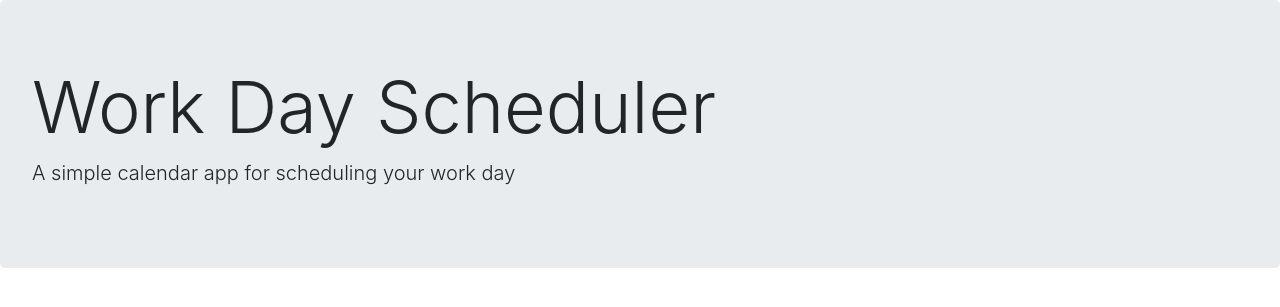
Repository: kkyler24/DayPlanner
Page: Index.html
The author's editor kept a copy of each file at every save. The page is drawn from the files as they stood at one save, then again after the next save.
The browser window is 1280 px wide. The pictures show the whole page.
Some web libraries are served in a nearby version.

Above is the page before, as saved 2020-04-02 13:14:53.

### Index.html
<!DOCTYPE html>
<html lang="en">
<head>
    <meta charset="UTF-8">
    <meta name="viewport" content="width=device-width, initial-scale=1.0">
    <!-- Style Sheets -->
    <link rel="stylesheet" href="https://maxcdn.bootstrapcdn.com/bootstrap/4.0.0/css/bootstrap.min.css" integrity="sha384-Gn5384xqQ1aoWXA+058RXPxPg6fy4IWvTNh0E263XmFcJlSAwiGgFAW/dAiS6JXm" crossorigin="anonymous">
    <link rel="stylesheet" type="text/CSS" href="Assets/todocss/todostyles.css">
    <link rel="stylesheet"  type="text/CSS" href="style.css">
    <title>Planner</title>
</head>
<body>
<Main>
    <!-- <----Scheduler -->
    <header class="jumbotron">
        <h1 class="display-3">Work Day Scheduler</h1>
        <p class="lead">A simple calendar app for scheduling your work day</p>
        <p id="currentDay" class="lead"></p>
    </header>
      <div class="container">
        <!-- Timeblocks go here -->
      </div>



<!--Todolist todo list Set up -->
<Div style="display: none">
<Section>
    <div id="ContainerTodo">
        <H1>Today's To-Do List</H1>
        <input type="text">
        <ul>
            <li><span>X</span> Go to Gym</li>
            <li><span>X</span> Finish H.W</li>
            <li><span>X</span> Take over the World</li>
        </ul>


         </div>
 <!-- calendar set up -->
    <div class="container col-sm-4 col-md-7 col-lg-4 mt-5">
        <div class="card">
            <h3 class="card-header" id="monthAndYear"></h3>
            <table class="table table-bordered table-responsive-md" id="calendar">
                <thead>
                <tr>
                    <th>Sun</th>
                    <th>Mon</th>
                    <th>Tue</th>
                    <th>Wed</th>
                    <th>Thu</th>
                    <th>Fri</th>
                    <th>Sat</th>
                </tr>
                </thead>

                <tbody id="calendar-body">

                </tbody>
            </table>

            <div class="form-inline">

                <button class="btn btn-outline-primary col-sm-6" id="previous" onclick="previous()">Previous</button>

                <button class="btn btn-outline-primary col-sm-6" id="next" onclick="next()">Next</button>
            </div>
            <br/>
            <form class="form-inline">
                <label class="lead mr-2 ml-2" for="month">Jump To: </label>
                <select class="form-control col-sm-4" name="month" id="month" onchange="jump()">
                    <option value=0>Jan</option>
                    <option value=1>Feb</option>
                    <option value=2>Mar</option>
                    <option value=3>Apr</option>
                    <option value=4>May</option>
                    <option value=5>Jun</option>
                    <option value=6>Jul</option>
                    <option value=7>Aug</option>
                    <option value=8>Sep</option>
                    <option value=9>Oct</option>
                    <option value=10>Nov</option>
                    <option value=11>Dec</option>
                </select>


                <label for="year"></label><select class="form-control col-sm-4" name="year" id="year" onchange="jump()">

                <option value=2020>2020</option>
                <option value=2021>2021</option>
                <option value=2022>2022</option>
                <option value=2023>2023</option>
                <option value=2024>2024</option>
                <option value=2025>2025</option>
                <option value=2026>2026</option>
                <option value=2027>2027</option>
                <option value=2028>2028</option>
                <option value=2029>2029</option>
                <option value=2030>2030</option>
                <option value=2030>2030</option>
                <option value=2030>2030</option>
                <option value=2030>2030</option>
                <option value=2030>2030</option>
            </select></form>
        </div>
    </div>
    <!--<button name="jump" onclick="jump()">Go</button>-->
</sectiontwo>

</Main>

<script src="https://code.jquery.com/jquery-3.2.1.slim.min.js" integrity="sha384-KJ3o2DKtIkvYIK3UENzmM7KCkRr/rE9/Qpg6aAZGJwFDMVNA/GpGFF93hXpG5KkN" crossorigin="anonymous"></script>
<script src="https://cdnjs.cloudflare.com/ajax/libs/popper.js/1.12.9/umd/popper.min.js" integrity="sha384-ApNbgh9B+Y1QKtv3Rn7W3mgPxhU9K/ScQsAP7hUibX39j7fakFPskvXusvfa0b4Q" crossorigin="anonymous"></script>
<script src="https://maxcdn.bootstrapcdn.com/bootstrap/4.0.0/js/bootstrap.min.js" integrity="sha384-JZR6Spejh4U02d8jOt6vLEHfe/JQGiRRSQQxSfFWpi1MquVdAyjUar5+76PVCmYl" crossorigin="anonymous"></script>
<script <script src="https://cdnjs.cloudflare.com/ajax/libs/moment.js/2.24.0/moment.min.js"></script>
<script type="text/javascript" src="javascript.js"></script>
<script type="text/javascript" src="Assets/todo JS/todo.js"></script>
</body>
</html>

### Assets/todocss/todostyles.css
/* #ContainerTodo{
  border: 2px solid teal ;
  border-radius:10px ;
  width: 400px;
  margin-top:3rem;
  margin-left:200px ;
  float: left;

} */


Planner

.past{
  background-color: grey;
}
.present {
  background-color: red;
}
.future {
  background-color: green;
}
.column-small {
  flex-grow: 1;
  display: inline-block;
  text-align: center;
  height: 25px;
  width: 25px;
  border-top: 1px solid black;
  border-radius: 2.5px;
}
.column-large {
  flex-grow: 10;
  display: inline-block;
  text-align: center;
}
.left {
  border-right: 1px solid black;
  background-color: maroon;
  color: white;
  background-image: linear-gradient(to right, white, maroon);
}
.right {
  border-left: 1px solid black;
  cursor: pointer;
}
.middle {
  border-bottom: 1px solid black;
  background-color: beige;
}
#date {
  margin: auto;
  text-align: center;
  height: 50px;
  width: 50%;
  font-weight: bold;
  font-size: 1.3em;
}
form {
  display: flex;
}

### style.css
/* .container{
    margin-right: 150px;
    margin-top: 3rem;
    float: left;
    border: 2px solid teal;
    border-radius: 10px;
} */

### javascript.js
let today = new Date();
let currentMonth = today.getMonth();
let currentYear = today.getFullYear();
let selectYear = document.getElementById("year");
let selectMonth = document.getElementById("month");


let months = ["January", "February", "March", "April", "May", "June", "July", "August", "September", "October", "November", "December"];

let monthAndYear = document.getElementById("monthAndYear");
showCalendar(currentMonth, currentYear);

function showCalendar(month, year){

    let firstDay =(new Date(year, month)).getDay();
    let daysInMonth = 32- new Date(year, month, 32).getDate();

    // -->body of the Calendar<--
    let tbl = document.getElementById("calendar-body");


// -->clear previous cells, for new month<--
    tbl.innerHTML="";

    monthAndYear.innerHTML= months[months]+" "+ year;

    // --> create cells for Calendar<--
    let date = 1;
    for(let i = 0; i < 6; i++){
        let row  = document.createElement("tr");
        // --> creating table rows. not really sure about the 6 part. inquire why you need a 6 and not a 7-->

        // creating indivdual cells, and putting data in them.

        for(let j = 0; j < 7; j++){
            if(i===0 && j< firstDay){
                let cell = document.createElement("td");
                let cellText = document.createTextNode("");
                cell.appendChild(cellText);
                row.appendChild(cell);
            }
            else if(date > daysInMonth)
             { break;

        }
        else {
            let cell = document.createElement("td");
            let cellText = document.createTextNode(date);
            if(date ===today.getDate() && year === today.getFullYear() && month === today.getMonth()){
                cell.classList.add
                // --> bootstrap colors, try to get a wider variety of colors <--
                ("bg-info");
            }
            cell.appendChild(cellText);
            row.appendChild(cell);


        }
        date++;

        }

        tbl.appendChild(row);

    }

}

function previous(){
    currentYear =( currentMonth === 0)? currentYear -1 : currentYear;
    currentMonth = currentMonth === 0? 11:currentMonth-1;
    showCalendar(currentMonth, currentYear);
}

function next(){
    currentYear = (currentMonth ===11)? currentYear + 1: currentYear;
    currentMonth = (currentMonth + 1) % 12;
    showCalendar (currentMonth, currentYear);

}
// To do list set up

### Assets/todo JS/todo.js
// check off to do list items and change colors for different stages// in progress<--
$("li").dblclick(function () {
        if($(this).css("color") === "rgb(11, 209, 170)"){
            $(this).css({
                color: "gray",
                textDecoration: "line-through"
            });
        }
        else{
            $(this).css({
            color: "rgb(11, 209, 170)",
            textDecoration: "none",
            fontWeight: "bold"
        });
    }
});

$("li").click(function () {
    // if Li is grey how do we change it back to black?
    if($(this).css("color") === "rgb(128, 128, 128)"){
        $(this).css({
            color: "black",
            textDecoration: "none"
        });
    }
    else{
        $(this).css({
        color: "gray",
        textDecoration: "line-through"
    });
}
});

After the next save:
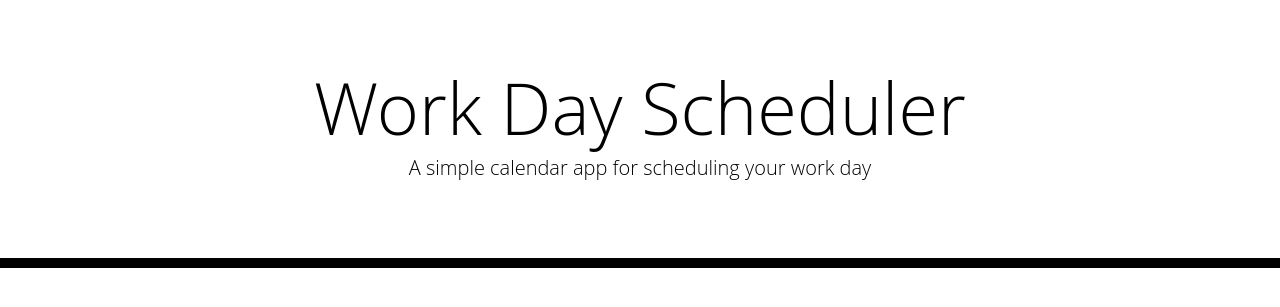
Saved 6 s later.
--- a/style.css
+++ b/style.css
@@ -5,3 +5,75 @@
     border: 2px solid teal;
     border-radius: 10px;
 } */
+
+body {
+    font-family: 'Open Sans', sans-serif;
+    font-size: 16px;
+    line-height: 1;
+  }
+
+  textarea{
+    background: transparent;
+    border: none;
+    resize: none;
+    color: #000000;
+    border-left: 1px solid black;
+    padding: 10px;
+  }
+
+  .jumbotron {
+    text-align: center;
+    background-color: transparent;
+    color: black;
+    border-radius: 0;
+    border-bottom: 10px solid black;
+  }
+
+  .description{
+    white-space: pre-wrap;
+  }
+
+  .time-block{
+    text-align: center;
+    border-radius: 15px;
+  }
+
+  .row {
+    white-space: pre-wrap;
+    height: 80px;
+    border-top: 1px solid white;;
+  }
+
+  .hour {
+    background-color: #ffffff;
+    color: #000000;
+    border-top: 1px dashed #000000;
+  }
+
+  .past {
+    background-color: #d3d3d3;
+    color: white;
+  }
+
+  .present {
+    background-color: #ff6961;
+    color: white;
+  }
+
+  .future {
+    background-color: #77dd77;
+    color: white;
+  }
+
+  .saveBtn {
+    border-left: 1px solid black;
+    border-top-right-radius: 15px;
+    border-bottom-right-radius: 15px;
+    background-color: #06AED5;
+    color: white;
+  }
+
+  .saveBtn i:hover {
+    font-size: 20px;
+    transition: all .3s ease-in-out;
+  }
